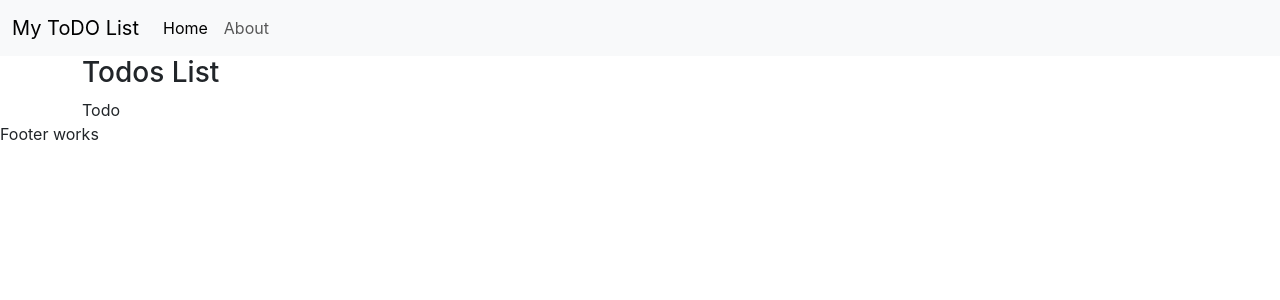
Repository: AshwinUgale/ToDoList
Page: /
An editor plug-in stored every save of this project. The page is shown before and after the next save, followed by the edit.
The browser window is 1280 px wide. The pictures show the whole page.
The project was rebuilt for these pictures with package versions that can differ from the ones it lists, and the page was loaded fresh each time. Also part of the build but not shown: src/App.css.

Above is the page before, as saved 2024-12-21 10:59:24.

### public/index.html
<!DOCTYPE html>
<html lang="en">
  <head>
    <meta charset="utf-8" />
    <link rel="icon" href="%PUBLIC_URL%/favicon.ico" />
    <meta name="viewport" content="width=device-width, initial-scale=1" />
    <meta name="theme-color" content="#000000" />
    <meta
      name="description"
      content="Web site created using create-react-app"
    />
    <link rel="apple-touch-icon" href="%PUBLIC_URL%/logo192.png" />

    <link rel="manifest" href="%PUBLIC_URL%/manifest.json" />
    <link href="https://cdn.jsdelivr.net/npm/bootstrap@5.3.3/dist/css/bootstrap.min.css" rel="stylesheet" integrity="sha384-QWTKZyjpPEjISv5WaRU9OFeRpok6YctnYmDr5pNlyT2bRjXh0JMhjY6hW+ALEwIH" crossorigin="anonymous">
    <title>Todos List</title>
  </head>
  <body>
    <noscript>You need to enable JavaScript to run this app.</noscript>
    <div id="root"></div>


  </body>
  <script src="https://cdn.jsdelivr.net/npm/bootstrap@5.3.3/dist/js/bootstrap.bundle.min.js" integrity="sha384-YvpcrYf0tY3lHB60NNkmXc5s9fDVZLESaAA55NDzOxhy9GkcIdslK1eN7N6jIeHz" crossorigin="anonymous"></script>
</html>

### src/App.js

import './App.css';
import Header from './MyComponents/Header';
import {Footer} from "./MyComponents/Footer";
import {Todos} from "./MyComponents/Todos";

function App() {
  let todo = [
    {
      sno: 1,
      title: "Gym",
      desc: "Push Pull Leg"
    },
    {
      sno: 2,
      title: "Leetcode",
      desc: "Leetcode from neetcode"
    },
    {
      sno: 1,
      title: "Webdev",
      desc: "practice and develop "
    },
  ]
  return (
    <>
    <Header title="My ToDO List" searchBar={false}/>
    <Todos todo={todo}/>
    <Footer/>
    </>
  );
}

export default App;

### src/MyComponents/Header.js
import React from 'react';
import PropTypes from 'prop-types';
export default function Header({ title = "Your Title Here", searchBar = true }) {
    console.log("Props received in Header:", {title,searchBar});
  return (
    <nav className="navbar navbar-expand-lg bg-body-tertiary">
      <div className="container-fluid">
        <a className="navbar-brand" href="#">{title}</a>
        <button
          className="navbar-toggler"
          type="button"
          data-bs-toggle="collapse"
          data-bs-target="#navbarSupportedContent"
          aria-controls="navbarSupportedContent"
          aria-expanded="false"
          aria-label="Toggle navigation"
        >
          <span className="navbar-toggler-icon"></span>
        </button>
        <div className="collapse navbar-collapse" id="navbarSupportedContent">
          <ul className="navbar-nav me-auto mb-2 mb-lg-0">
            <li className="nav-item">
              <a className="nav-link active" aria-current="page" href="#">Home</a>
            </li>
            <li className="nav-item">
              <a className="nav-link" href="#">About</a>
            </li>

          </ul>
          {searchBar?<form className="d-flex" role="search">
            <input
              className="form-control me-2"
              type="search"
              placeholder="Search"
              aria-label="Search"
            />
            <button className="btn btn-outline-success" type="submit">
              Search
            </button>
          </form>:""}
        </div>
      </div>
    </nav>
  )
}

Header.defaultProps ={
    title: "Your Title Here",
    searchBar: true
}

Header.propTypes = {
    title: PropTypes.string,
    searchBar: PropTypes.bool,
  };

### src/MyComponents/Footer.js
import React from 'react'

export const Footer = () => {
  return (
    <div>
        Footer works
    </div>
  )
}

### src/MyComponents/Todos.js
import React from 'react'
import {TodoItem } from "../MyComponents/TodoItem";

export const Todos = (props) => {
  return (
    <div className="container">
        <h3>Todos List</h3>
        {/* {props.todos} */}
        <TodoItem todo={props.todo[0]}/>
    </div>
  )
}

### src/MyComponents/TodoItem.js
import React from 'react'

export const TodoItem = () => {
  return (
    <div>
        Todo
    </div>
  )
}

Loaded but not shown: src/index.js (common file); src/index.css (common file); src/reportWebVitals.js (common file)

After the next save:
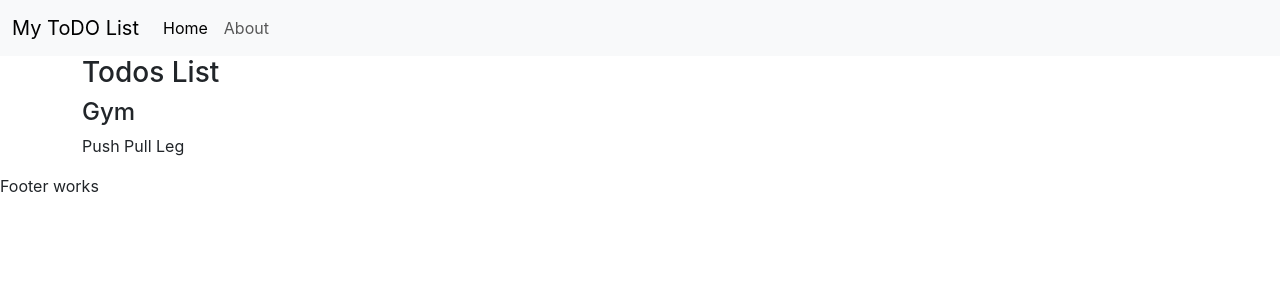
Saved 50 s later.
--- a/src/MyComponents/TodoItem.js
+++ b/src/MyComponents/TodoItem.js
@@ -1,9 +1,10 @@
 import React from 'react'
 
-export const TodoItem = () => {
+export const TodoItem = ({todo}) => {
   return (
     <div>
-        Todo
+        <h4>{todo.title}</h4>
+        <p>{todo.desc}</p>
     </div>
   )
 }
